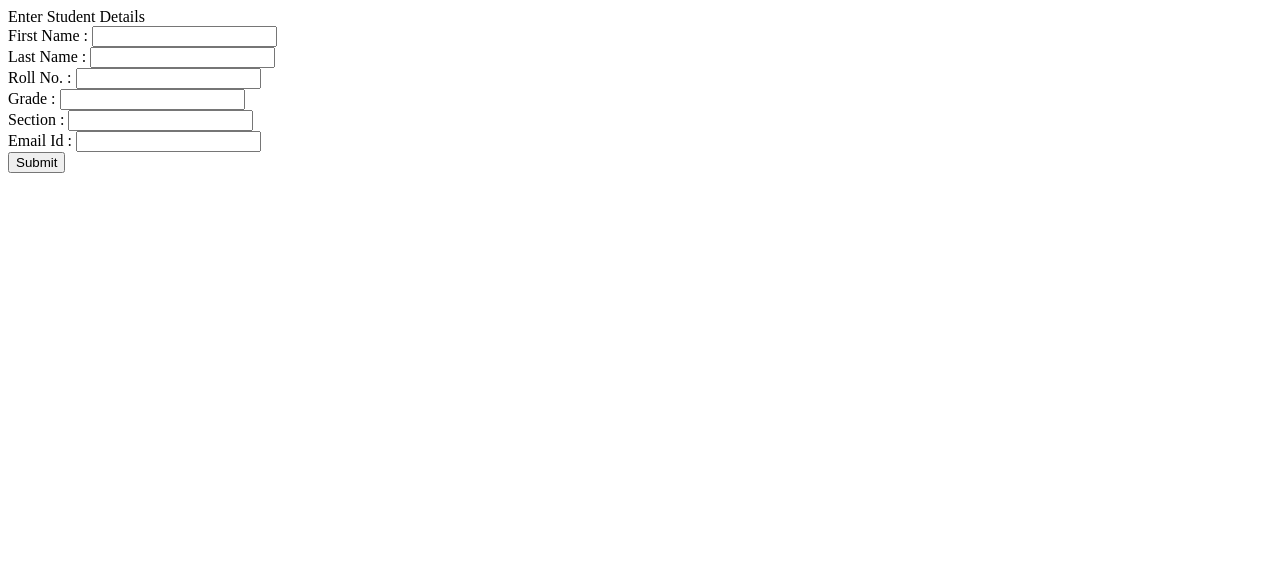
Repository: Sweta155/SchoolProject
Page: http://localhost/demo/WEB-INF/jsp/createStudent.jsp
The author's editor kept a copy of each file at every save. The page is drawn from the files as they stood at one save, then again after the next save.
The browser window is 1280 px wide. The pictures show the whole page.
The page is served by Tomcat 9. Nobody is signed in. The template is opened directly, without the code that normally fills it, so the values that code supplies are empty.

Above is the page before, as saved 2019-11-28 06:32:48.

After the next save:
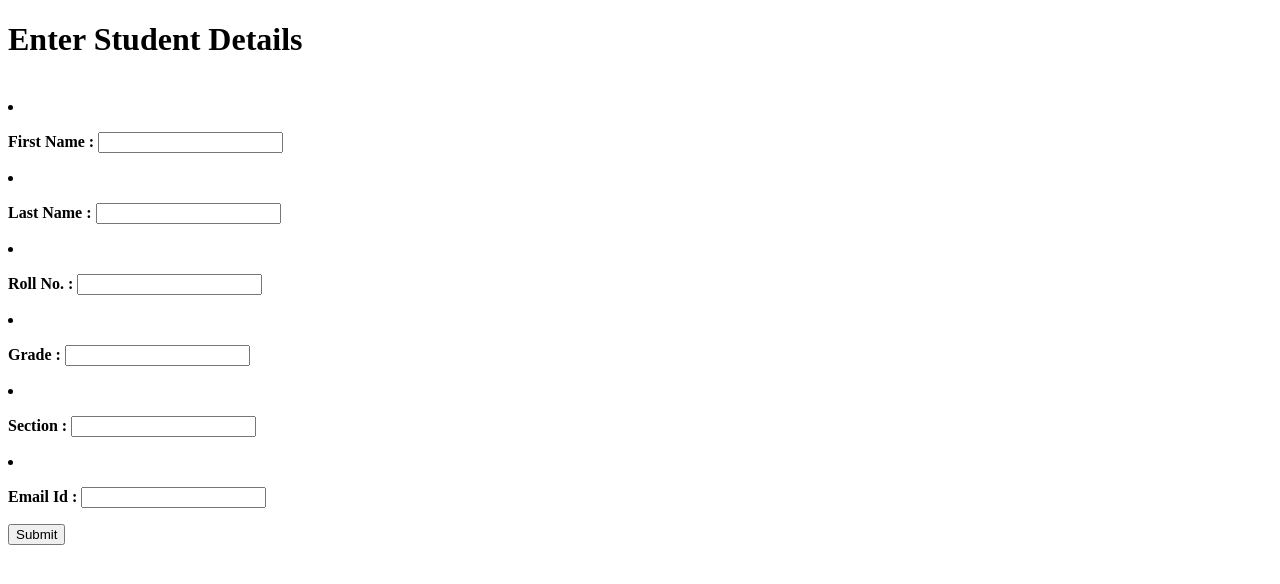
Saved 13 min 20 s later.
--- a/demo/src/main/webapp/WEB-INF/jsp/createStudent.jsp
+++ b/demo/src/main/webapp/WEB-INF/jsp/createStudent.jsp
@@ -8,14 +8,14 @@
 </head>
 <body>
  <font color="red">${errorMessage}</font>
-  Enter Student Details<BR/>
+   <h1> Enter Student Details</h1><BR/>
     <form method="post">
-        First Name : <input type="text" name="sName" /><BR/>
-        Last Name  : <input type="text" name="sLName" /><BR/>
-        Roll No.   : <input type="text" name="rollno" /><BR/>
-        Grade      : <input type="text" name="grade" /><BR/>
-        Section    : <input type="text" name="section" /><BR/>
-        Email Id   : <input type="text" name="emailId" /><BR/>
+        <li><p><b>First Name : </b><input type="text" name="sName" /></p></li>
+        <li><p><b>Last Name  : </b><input type="text" name="sLName" /></p></li>
+        <li><p><b>Roll No.   : </b><input type="text" name="rollno" /></p></li>
+        <li><p><b>Grade      : </b><input type="text" name="grade" /></p></li>
+        <li><p><b>Section    : </b><input type="text" name="section" /></p></li>
+        <li><p><b>Email Id   : </b><input type="text" name="emailId" /></p></li>
         <input type="submit" />
     </form>
 
